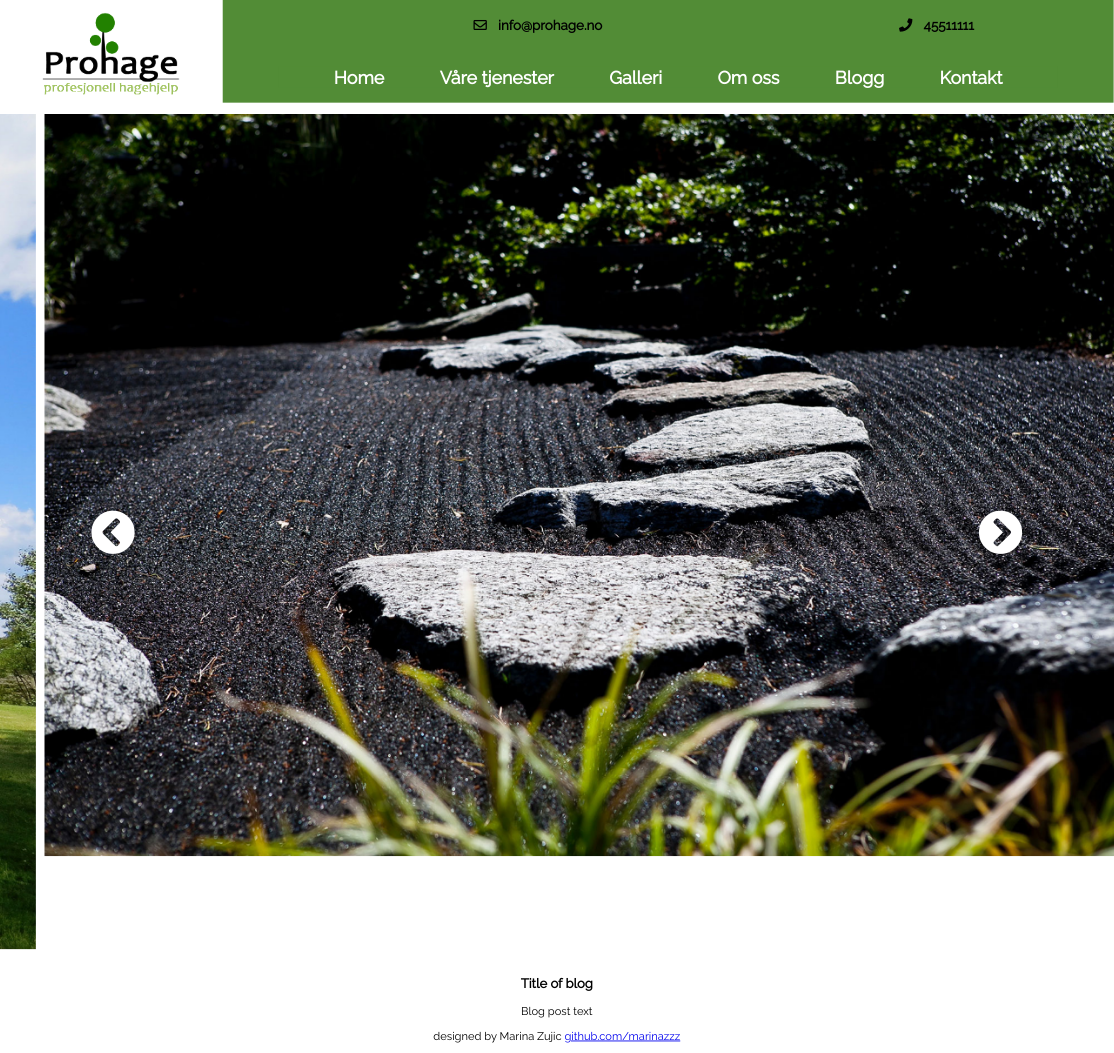
Repository: marinazzz/garden-design-website
Page: Garden design website/index.html
The author's editor kept a copy of each file at every save. The page is drawn from the files as they stood at one save, then again after the next save.
The browser window is 1280 px wide. The pictures show the whole page, at 87% of full size.

Above is the page before, as saved 2020-03-28 13:54:12.

After the next save:
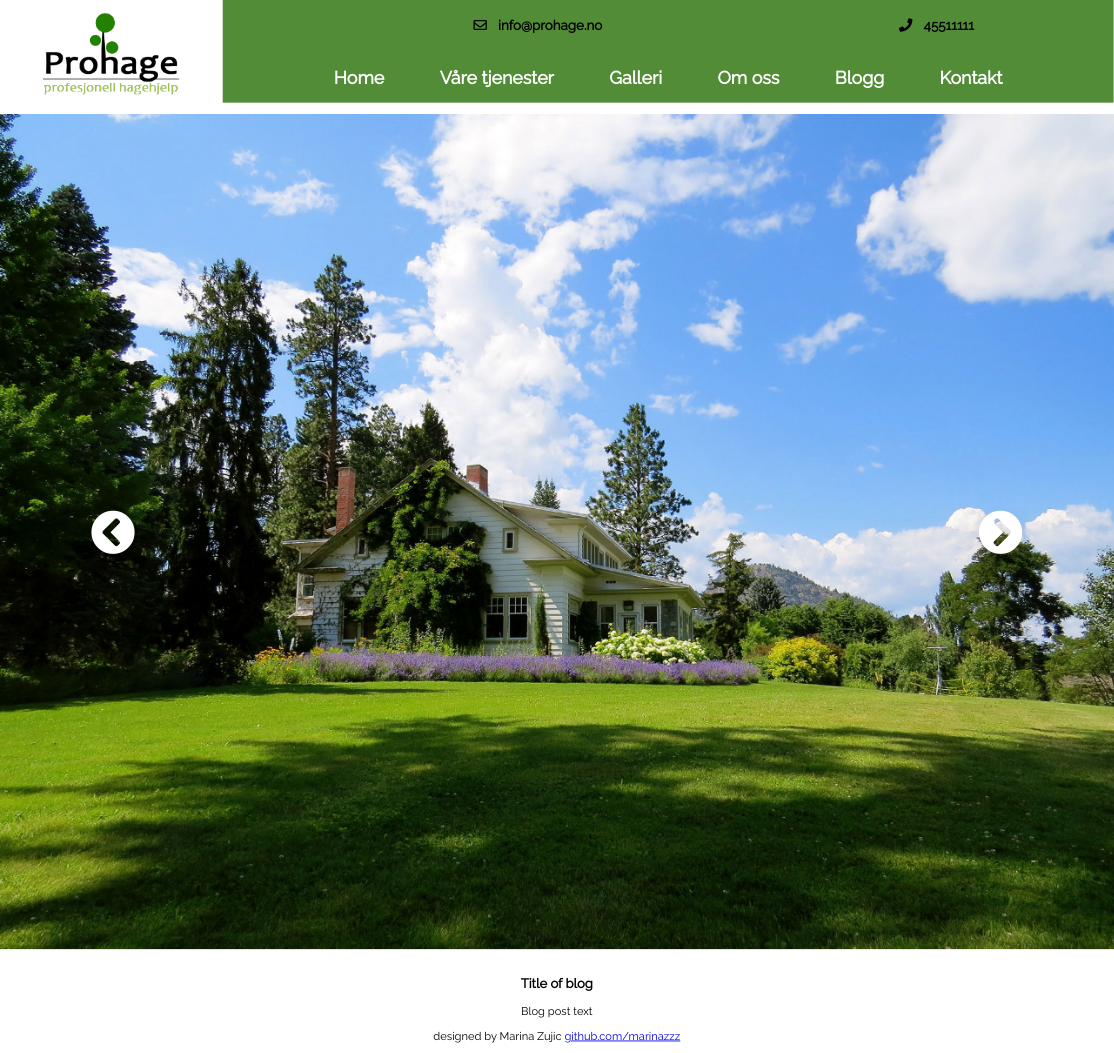
Console error: ReferenceError: easy is not defined
Saved 2 min 21 s later.
--- a/Garden design website/index.html
+++ b/Garden design website/index.html
@@ -153,7 +153,8 @@
             autoplay: true,
             hoverpause: false,
             perView: 1,
-            animationDuration: 8000
+            animationDuration: 8000,
+            animationTimingFunc: easy
         }).mount()
       </script>
      <script src="JS/js-app.js"></script>

After the 3 saves that followed:
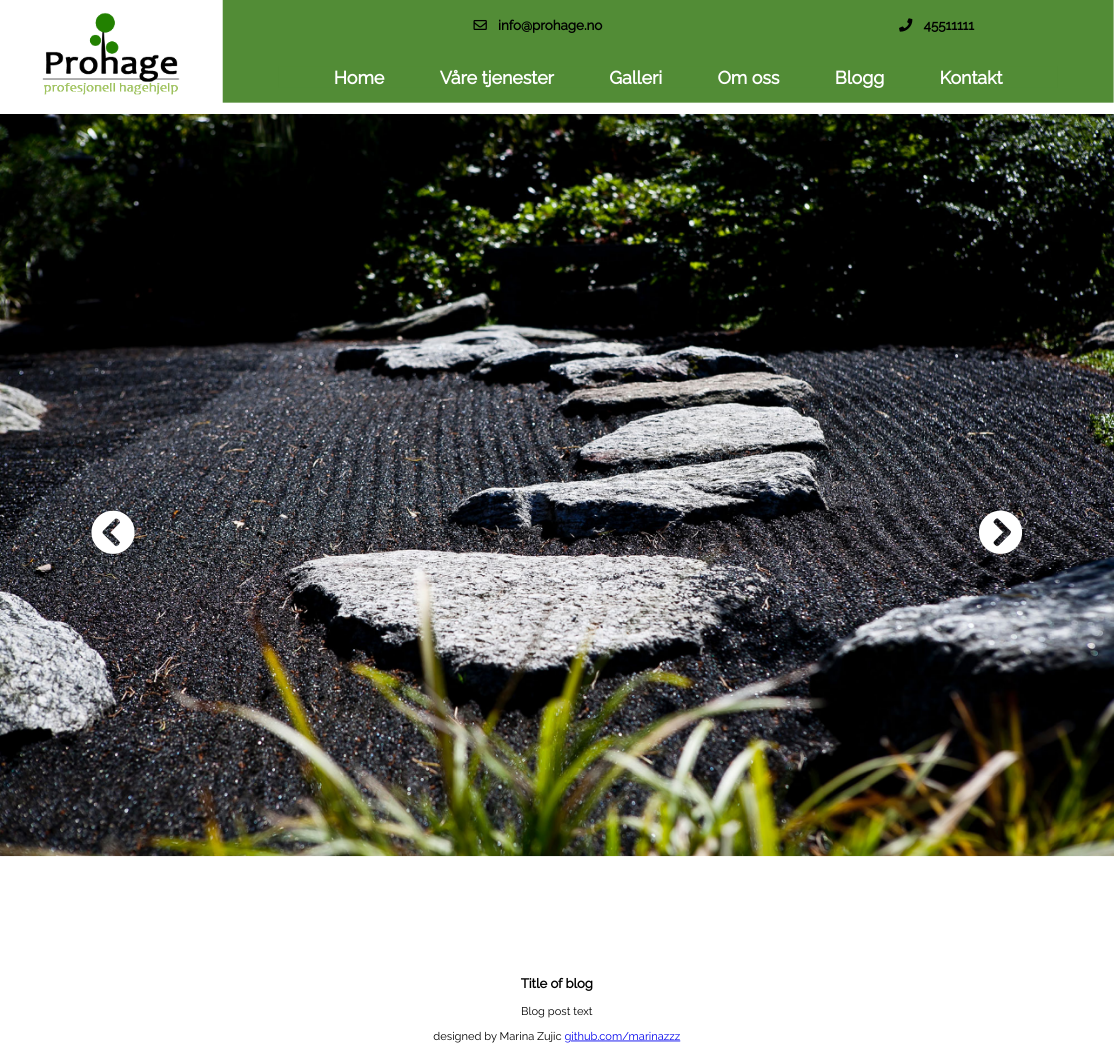
The error is gone.
The 3 saves are shown as one change because 2 left the picture as it was.
The last was saved 2 min 8 s later.
--- a/Garden design website/index.html
+++ b/Garden design website/index.html
@@ -154,7 +154,7 @@
             hoverpause: false,
             perView: 1,
             animationDuration: 8000,
-            animationTimingFunc: easy
+            animationTimingFunc: 'ease(0.165, 0.840, 0.440, 1.000)'
         }).mount()
       </script>
      <script src="JS/js-app.js"></script>
